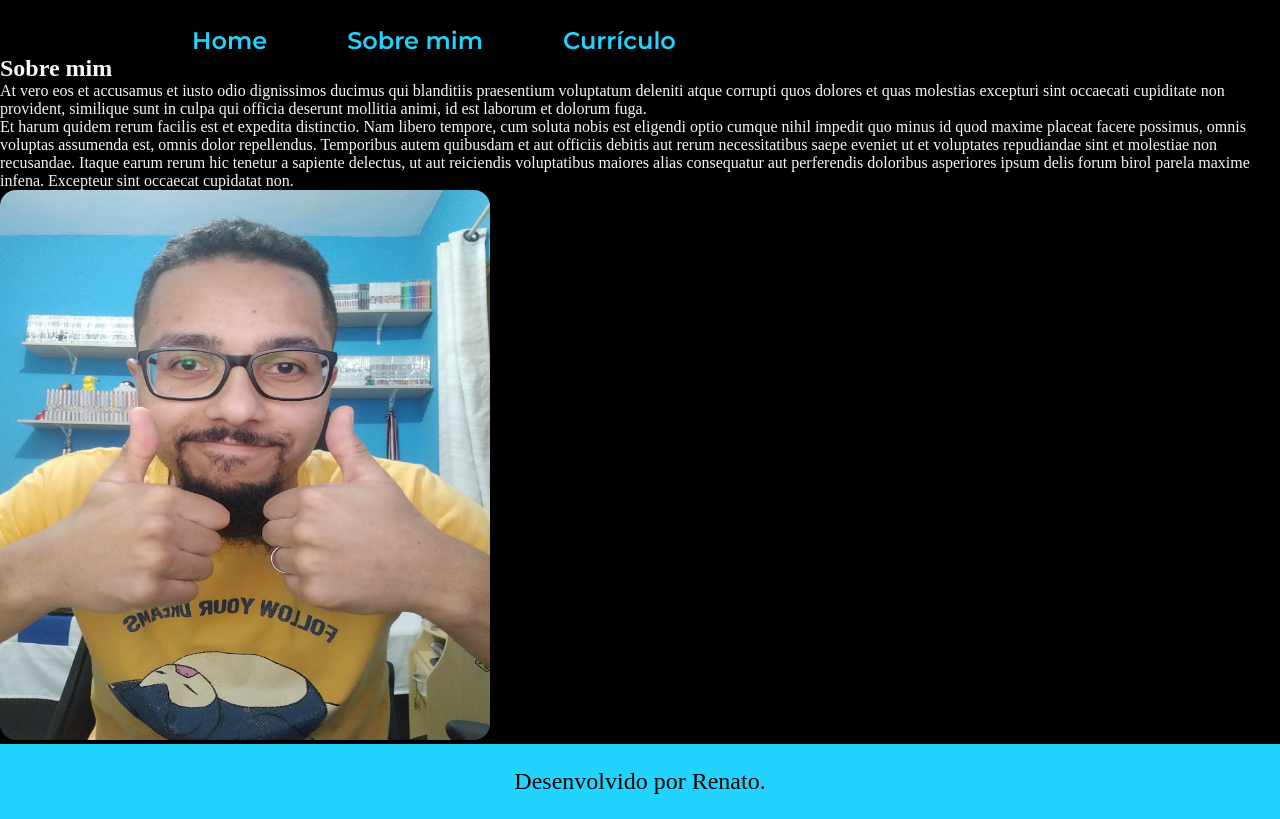
Repository: RenatoCCS/Portfolio_Alura
Page: about.html
The author's editor kept a copy of each file at every save. The page is drawn from the files as they stood at one save, then again after the next save.
The browser window is 1280 px wide. The pictures show the whole page.

Above is the page before, as saved 2023-03-06 20:42:51.

After the next save:
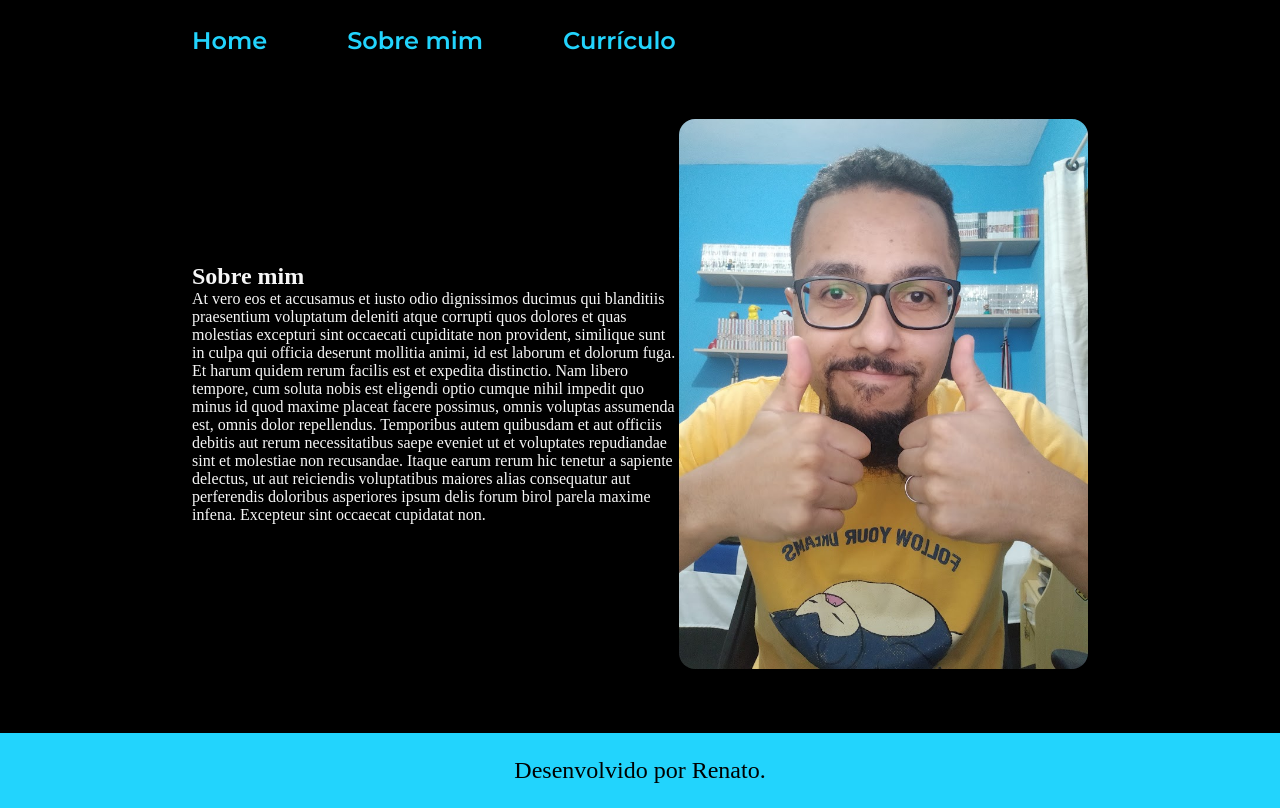
Saved 6 min 57 s later.
--- a/about.html
+++ b/about.html
@@ -17,7 +17,7 @@
       </nav>
     </header>
 
-    <main>
+    <main class="apresentacao">
       <section>
         <h1>Sobre mim</h1>
         <p>
